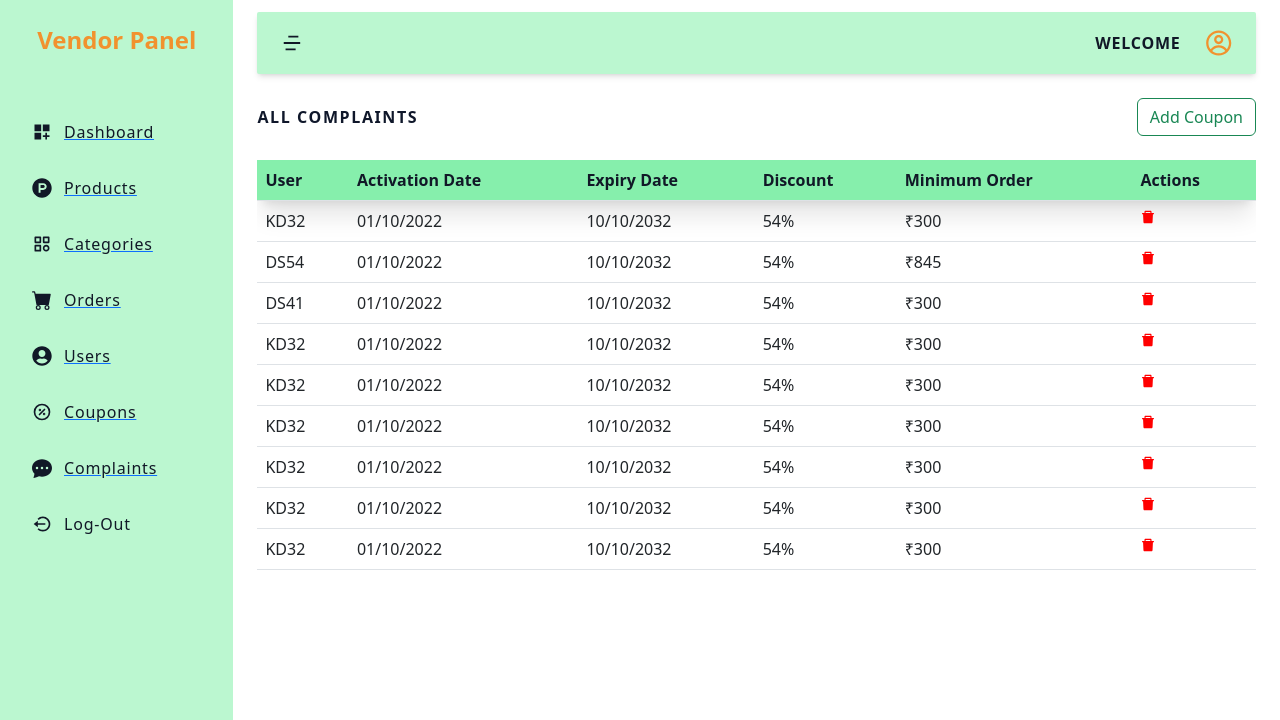
Repository: FlyweisReact/JitenderAdminPanel
Page: /chat
The author's editor kept a copy of each file at every save. The page is drawn from the files as they stood at one save, then again after the next save.
The browser window is 1280 px wide. The pictures show the whole page.
The project was rebuilt for these pictures with package versions that can differ from the ones it lists, and the page was loaded fresh each time. Also part of the build but not shown: src/components/forms/Login.jsx, src/components/pages/Dashboard.jsx, src/components/vendorPanel/components/layout/Navbar.jsx, src/components/vendorPanel/components/layout/Sidebar.jsx, src/components/vendorPanel/components/layout/HOC.jsx, src/components/vendorPanel/components/pages/Message/Message.js, src/components/pages/UserKundli/UserKundli.jsx, src/components/pages/discount/Discount.jsx and 18 more.

Above is the page before, as saved 2022-11-05 17:03:23.

After the next save:
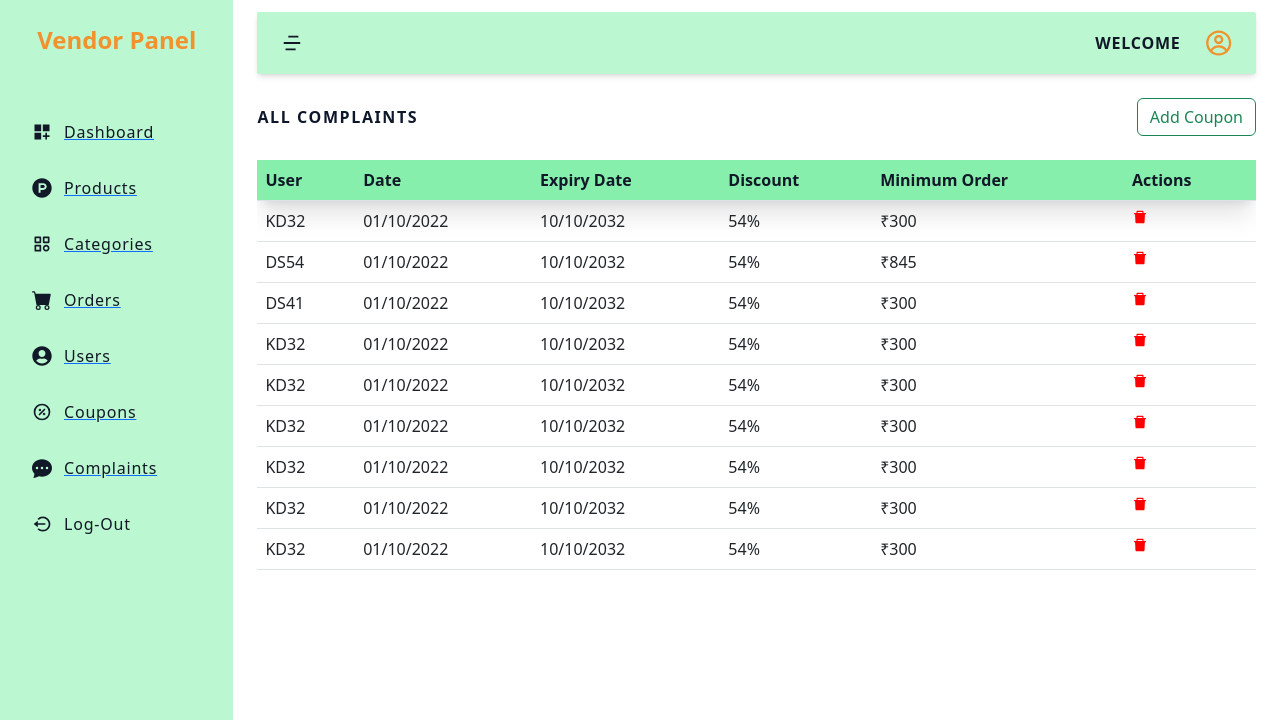
Saved 4 s later.
--- a/src/components/pages/reactChat/Chat.js
+++ b/src/components/pages/reactChat/Chat.js
@@ -155,7 +155,7 @@ const Chat = () => {
             <thead>
               <tr className=" border-b bg-green-300 shadow-xl text-gray-900">
                 <th>User</th>
-                <th>Activation Date</th>
+                <th> Date</th>
                 <th>Expiry Date</th>
                 <th>Discount</th>
                 <th>Minimum Order</th>
